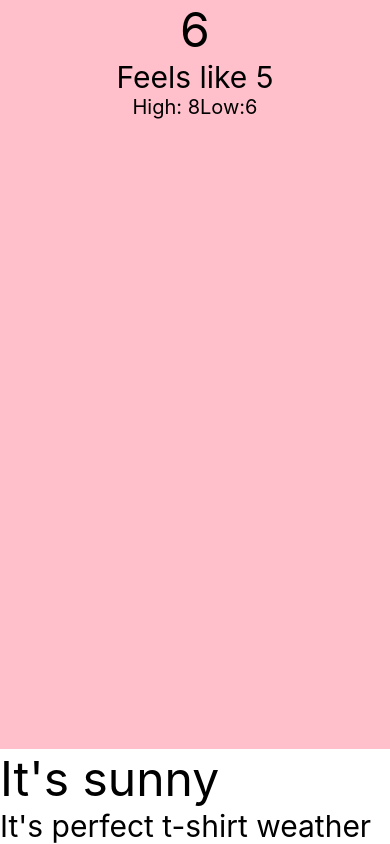
Repository: braduku28/react-weather-app
Screen: / (app in WeatherApp/)
The author's editor kept a copy of each file at every save. The screen is drawn from the files as they stood at one save, then again after the next save.
The app was drawn by React Native's web renderer in a window 390 px wide. The project was rebuilt for these pictures with package versions that can differ from the ones it lists, and the page was loaded fresh each time.

Above is the screen before, as saved 2023-10-10 14:42:48.

After the next save:
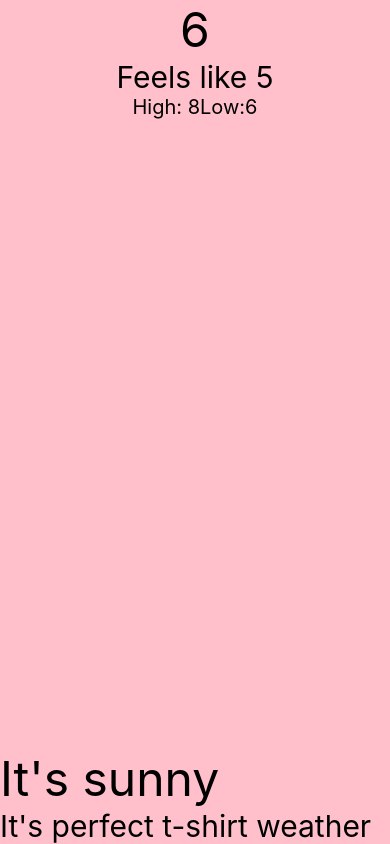
Saved 40 s later.
--- a/WeatherApp/App.tsx
+++ b/WeatherApp/App.tsx
@@ -23,10 +23,10 @@ const App = () =>{
 const styles=StyleSheet.create({
   container:{
     flex:1,
-    backgroundColor:"pink",
     alignItems:"center"
   },
   wrapper:{
+    backgroundColor:"pink",
     flex:1
   },
   temp:{
